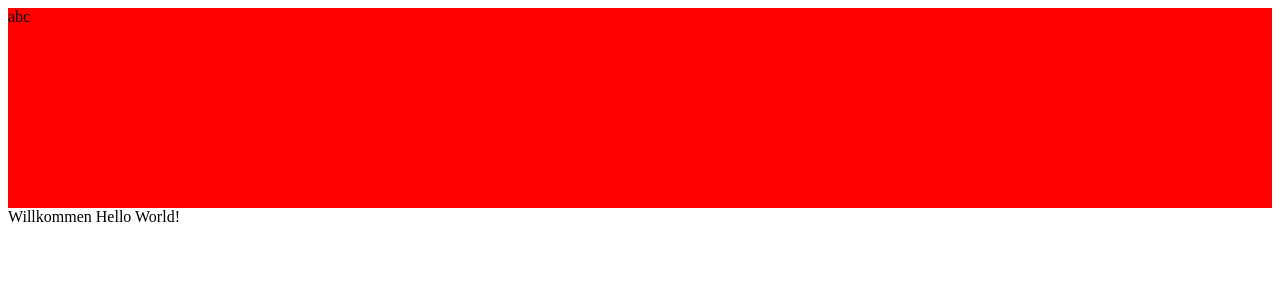
Repository: learoncero/SEProjektUebung
Page: http://localhost/HikingSoftware/
The author's editor kept a copy of each file at every save. The page is drawn from the files as they stood at one save, then again after the next save.
The browser window is 1280 px wide. The pictures show the whole page.
The page is served by Tomcat 9.

Above is the page before, as saved 2023-10-17 09:00:24.

### HikingSoftware/src/main/webapp/index.jsp
<%@ page language="java" contentType="text/html; charset=ISO-8859-1"
    pageEncoding="ISO-8859-1"%>
<!DOCTYPE html>
<html>
<head>
<meta charset="ISO-8859-1">
<title>Insert title here</title>
</head>
<body>

<div style="background-color:red; width:100%; height:200px">abc</div>

<% out.println("Willkommen Hello World!"); %>
</body>
</html>

After the next save:
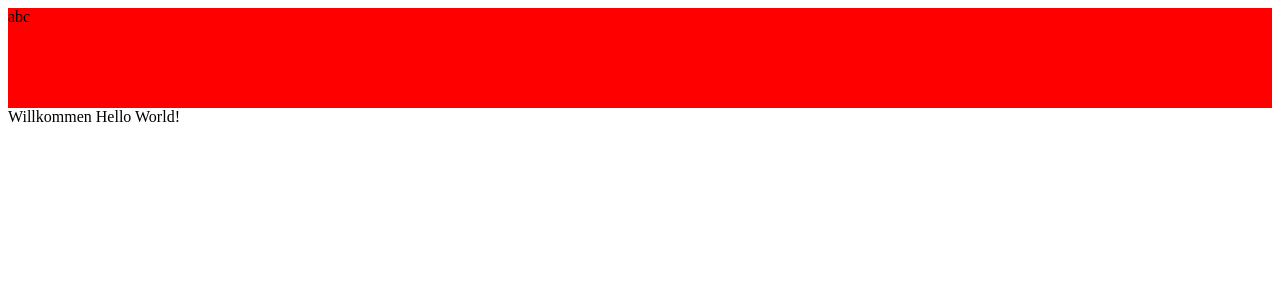
Saved 5 s later.
--- a/HikingSoftware/src/main/webapp/index.jsp
+++ b/HikingSoftware/src/main/webapp/index.jsp
@@ -8,7 +8,7 @@
 </head>
 <body>
 
-<div style="background-color:red; width:100%; height:200px">abc</div>
+<div style="background-color:red; width:100%; height:100px">abc</div>
 
 <% out.println("Willkommen Hello World!"); %>
 </body>
